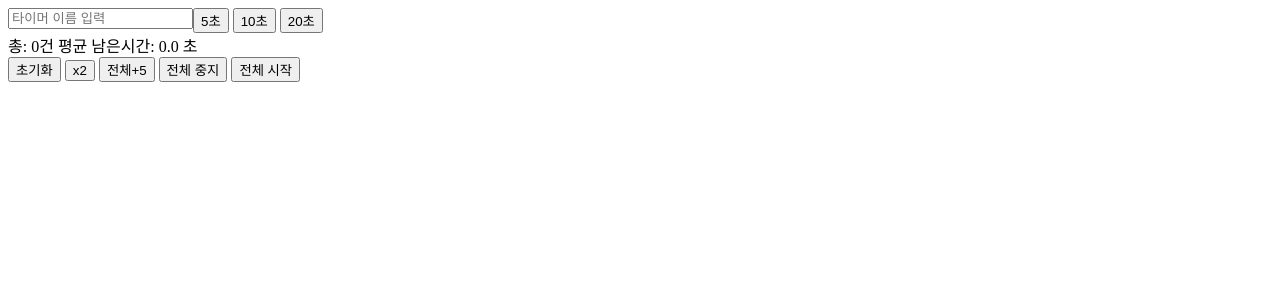
Repository: IT-magician/JS-Practice-Mission2
Page: index.html
The author's editor kept a copy of each file at every save. The page is drawn from the files as they stood at one save, then again after the next save.
The browser window is 1280 px wide. The pictures show the whole page.

Above is the page before, as saved 2023-11-15 21:55:50.

### index.html
<!DOCTYPE html>
<html lang="en">
  <head>
    <meta charset="UTF-8" />
    <meta name="viewport" content="width=device-width, initial-scale=1.0" />
    <title>Document</title>

    <style>
      .input {
        display: flex;
      }

      .display .item {
        display: flex;
        justify-content: space-evenly;
      }
    </style>
  </head>
  <body>
    <div class="pung-game">
      <div class="input">
        <div class="name">
          <input type="text" name="" id="" placeholder="타이머 이름 입력" />
        </div>
        <div class="btns">
          <input type="button" value="5초" />
          <input type="button" value="10초" />
          <input type="button" value="20초" />
        </div>
      </div>
      <div class="summary">총: 0건 평균 남은시간: 0.0 초</div>
      <div class="control">
        <input type="button" value="초기화" />
        <input type="button" value="x2" />
        <input type="button" value="전체+5" />
        <input type="button" value="전체 중지" />
        <input type="button" value="전체 시작" />
      </div>
      <ul class="display">
        <li class="item" --data-uuid="-1">
          <div class="name"></div>
          <div class="left-time"></div>
          <div class="sub-control">
            <input type="button" value="+5초" />
            <input type="button" value="중지" />
            <input type="button" value="삭제" />
          </div>
        </li>
      </ul>
    </div>

    <script type="module" src="./js/main.js"></script>
  </body>
</html>

### js/main.js
import { TimerManager } from "./TimerManager.js";

const displayElement = document.querySelector(".display");
const summaryElement = document.querySelector(".summary");

let displayDomData = [];
let averageTime = 0;

function viewRender(timerInfoList) {
  let displayData = "";

  summaryElement.innerHTML = `총: ${
    timerInfoList.length
  }건 평균 남은시간: ${timerManager.GetAverage().toFixed(1)} 초`;
  // return;

  for (let i = 0; i < timerInfoList.length; i++) {
    const timerInfo = timerInfoList[i];

    const item = `
    <li class="item" --data-uuid="${timerInfo.uuid}">
        <div class="name">${timerInfo.name}</div>
        <div class="left-time">${Math.round(timerInfo.value / 1000)}초</div>
        <div class="sub-control">
            <input type="button" value="+5초" />
            <input type="button" value="중지" />
            <input type="button" value="삭제" />
        </div>
    </li>
    `.trim();
    if (displayElement.children.length > 0 && averageTime == 0) {
      averageTime++;
      console.log(
        displayElement.children[0],
        displayElement.children[0].outerHTML,
        displayElement.children[0].outerHTML == item
      );
    }
    // if (i <= displayData.length) {
    //   // replace
    // } else {
    //   // append
    // }
  }

  // while (displayElement.children().length > timerInfoList.length) {
  //   displayElement
  //     .children()
  //     .eq(displayElement.children().length - 1)
  //     .remove();
  // }

  if (timerInfoList.length > 0) {
    for (let timerInfo of timerInfoList) {
      displayData += `
      <li class="item" --data-uuid="${timerInfo.uuid}">
          <div class="name">${timerInfo.name}</div>
          <div class="left-time">${Math.round(timerInfo.value / 1000)}초</div>
          <div class="sub-control">
              <input type="button" value="+5초" />
              <input type="button" value="중지" />
              <input type="button" value="삭제" />
          </div>
      </li>
      `;
    }
  }

  displayElement.innerHTML = displayData;
  // console.log(timerInfoList);
}

let timerManager = new TimerManager(viewRender);

// TC for API
// timerManager.multiplerIncreaseAll();
// timerManager.multiplerIncrease(1);
// timerManager.IncreaseAll();
// timerManager.Increase(1);
// timerManager.Clear();
// timerManager.Cancel(1);

const inputGroup = document.querySelector(".input");

document.querySelector(".btns").addEventListener("click", (e) => {
  if (!e.target.value) return;

  const timerName =
    e.target.parentNode.parentNode.querySelector(".name input").value;
  const value = e.target.value.replace(/[^0-9]/g, "");

  if (!timerName) return;

  // console.log("초기 시간 : ", value);
  timerManager.Create(timerName, +value * 1000);
});

document.querySelector(".control").addEventListener("click", (e) => {
  const command = e.target.value;

  switch (command) {
    case "초기화":
      timerManager.Clear();
      break;
    case "x2":
      timerManager.multiplerIncreaseAll();
      break;
    case "전체+5":
      timerManager.IncreaseAll();
      break;
    case "전체 중지":
      timerManager.StopAll();
      // StopAll();
      break;
    case "전체 시작":
      timerManager.StartAll();
      // StartAll();
      break;
  }
});

console.log(displayElement);
displayElement.addEventListener("click", (e) => {
  console.log(e.target);
  if (e.target.nodeName !== "INPUT") return;
  const command = e.target.value;
  const uuid = +e.target.parentNode.parentNode
    .getAttribute("--data-uuid")
    .replace(/[^0-9]/g, "");

  console.log("개별 명령 : ", command);

  switch (command) {
    case "+5초":
      timerManager.Increase(uuid);
      console.log("+5");
      break;
    case "중지":
      timerManager.Stop(uuid);
      break;
    case "삭제":
      timerManager.Cancel(uuid);
      break;
  }
});

### js/TimerManager.js
class TimerManager {
  #pungs = [];

  #checkInterval = 500; // 500ms

  #isAllStop = false;

  #uuid = 1;

  #cmp;

  #totalSum = 0;

  #ViewRenderChecker = setInterval(() => {
    this.#viewRender(this.#pungs);
  }, 250);

  #viewRender;

  constructor(viewRender, cmp = (lhs, rhs) => rhs.value - lhs.value) {
    this.#viewRender = viewRender;
    this.#cmp = cmp;
  }

  #GenerateUUID() {
    return this.#uuid++;
  }

  // 버블 정렬(with stable sort) 응용
  Sort(uuid) {
    let targetIdx = this.#pungs.findIndex((item) => item.uuid === uuid);

    if (targetIdx === -1) return;

    let swapIdx = -1;

    for (let i = targetIdx + 1; i < this.#pungs.length; i++)
      if (this.#cmp(this.#pungs[targetIdx], this.#pungs[i]) > 0) swapIdx = i;

    for (let i = targetIdx - 1; i >= 0; i--)
      if (this.#cmp(this.#pungs[targetIdx], this.#pungs[i]) < 0) swapIdx = i;

    if (swapIdx === -1) return;

    [this.#pungs[targetIdx], this.#pungs[swapIdx]] = [
      this.#pungs[swapIdx],
      this.#pungs[targetIdx],
    ];
  }

  TimerInfoClass = class {
    name;
    uuid;
    value;
    timer = null;
    isStop = false;

    /**
     *
     * @param {string|number} name
     * @param {number} value : 삭제되기까지 남은 시간
     * @param {string|number} uuid
     */
    constructor(name, value, uuid) {
      this.name = name;
      this.value = value;
      this.uuid = uuid;
    }

    /**
     * Array.find(condition)?.executeMethod() 연산자를 사용하고 싶어서 만든 메서드들
     */
    Multipler = (value = 2) => (this.value *= value);
    Add = (value = 5 * 1000) => (this.value += value);
    Start = () => (this.isStop = false);
    Stop = () => (this.isStop = true);
    ClearCountDownTimer = () => {
      if (this.timer === false) return;
      clearInterval(this.timer);
      this.timer = null;

      return this;
    };

    /**
     * Array.find(condition)?.executeMethod() 연산자를 사용하고 싶어서 만든 메서드들 + 이후 작업 처리용
     *
     * 원본:
     * execute = (func) => {
     *   return (...args) => {
     *     func(...args);
     *   };
     * };
     *
     * 외부에서 사용 예시:
     * timeInfo = new TimerInfoClass(...)
     * timeInfo.execute((a,b) => console.log(a+b))(1,2)
     */
    execute = (func) => {
      func(this);
      return this;

      // vs(위와 아래중에 머가 의도한거니.. 뭘 의도하고 싶었던거니..?)
      // return (...args) => func(...args);
    };
  };

  #getDiff(past, current) {
    return Math.abs(past - current);
  }

  #append(name, value) {
    let uuid = this.#GenerateUUID();
    let timerInfo = new this.TimerInfoClass(name, value, uuid);

    this.#pungs.push(timerInfo);
    this.Sort(uuid);
    this.#totalSum += value;

    return timerInfo;
  }

  /// ________________________________________________________________________
  //                            외부 호출 메소드 API
  /// ________________________________________________________________________

  GetAverage() {
    if (this.#pungs.length == 0) return 0;

    return this.#totalSum / 1000 / this.#pungs.length;
  }

  Create(name, value) {
    let timerInfo = this.#append(name, value);
    const uuid = timerInfo.uuid;

    new Promise((resolve, reject) => {
      // 시간 카운트 다운 설정
      timerInfo.timer = setInterval(() => {
        if (this.#isAllStop || timerInfo.isStop) return;

        const past = timerInfo.value;
        timerInfo.value = Math.max(0, timerInfo.value - this.#checkInterval);

        this.#totalSum -= this.#getDiff(past, timerInfo.value); // down value

        if (timerInfo.value === 0) {
          timerInfo.ClearCountDownTimer();

          resolve();
        }
      }, this.#checkInterval);
    }).then((resolve, reject) => {
      // 종료 작업
      this.Cancel(uuid);
    });
  }

  Clear() {
    for (let i = this.#pungs.length - 1; i >= 0; i--)
      this.Cancel(this.#pungs[i].uuid);

    this.#pungs = [];
  }

  multiplerIncreaseAll(value = 2) {
    const previousAllStopStatus = this.#isAllStop;
    this.StopAll();

    this.#pungs?.forEach((item) => {
      const past = item.value;
      item.Multipler(value);
      this.#totalSum += this.#getDiff(past, item.value);
    });

    // this.#pungs.sort(this.#cmp);

    if (previousAllStopStatus === false) this.StartAll();
  }

  multiplerIncrease(uuid, value = 2) {
    this.#pungs
      .find((item) => item.uuid === uuid)
      ?.execute((instance) => {
        const past = instance.value;
        instance.Multipler(value);
        this.#totalSum += this.#getDiff(past, instance.value);
        this.Sort(uuid);
      });
  }

  StopAll() {
    this.#isAllStop = true;
  }

  Stop(uuid) {
    this.#pungs.find((item) => item.uuid === uuid)?.Stop();
  }

  StartAll() {
    this.#isAllStop = false;
  }
  Start(uuid) {
    this.#pungs.find((item) => item.uuid === uuid)?.Start();
  }

  IncreaseAll(value = 5 * 1000) {
    const previousAllStopStatus = this.#isAllStop;
    this.StopAll();

    this.#pungs?.forEach((item) => {
      const past = item.value;
      item.Add();
      this.#totalSum += this.#getDiff(past, item.value);
    });

    if (previousAllStopStatus === false) this.StartAll();
  }

  Increase(uuid, value = 5 * 1000) {
    this.#pungs
      .find((item) => item.uuid === uuid)
      ?.execute((instance) => {
        const past = instance.value;
        instance.Add(value);
        this.#totalSum += this.#getDiff(past, instance.value);
        this.Sort(uuid);
      });
  }

  Cancel(uuid) {
    this.#pungs
      .find((item) => item.uuid === uuid)
      ?.ClearCountDownTimer()
      .execute((instance) => {
        this.#totalSum -= instance.value;
        this.#pungs.splice(
          this.#pungs.findIndex((item) => item.uuid === uuid),
          1
        );

        // ==>  instance는 배열에만 존재하게 설계했음.
        //////  그러므로 이후에 해당 item은 GC가 처리함.
      });
    // .execute(() => alert("헬로"));
  }
}

export { TimerManager };

After the next save:
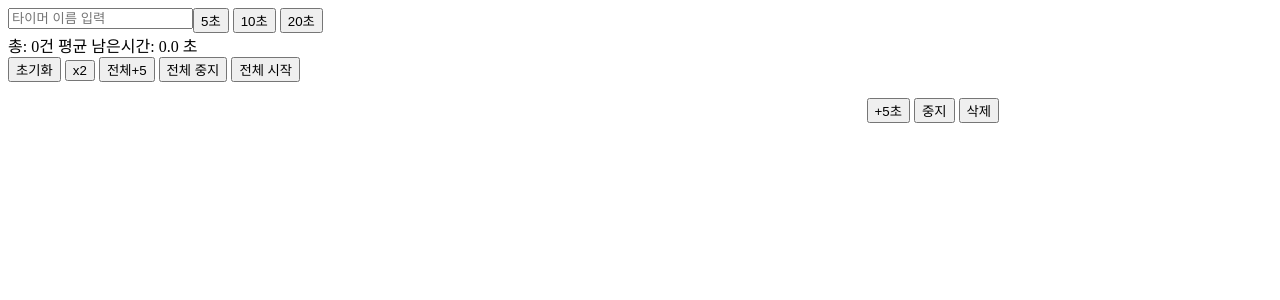
Console error: SyntaxError: Unexpected end of input
Saved 23 s later.
--- a/js/main.js
+++ b/js/main.js
@@ -17,39 +17,6 @@
   for (let i = 0; i < timerInfoList.length; i++) {
     const timerInfo = timerInfoList[i];
 
-    const item = `
-    <li class="item" --data-uuid="${timerInfo.uuid}">
-        <div class="name">${timerInfo.name}</div>
-        <div class="left-time">${Math.round(timerInfo.value / 1000)}초</div>
-        <div class="sub-control">
-            <input type="button" value="+5초" />
-            <input type="button" value="중지" />
-            <input type="button" value="삭제" />
-        </div>
-    </li>
-    `.trim();
-    if (displayElement.children.length > 0 && averageTime == 0) {
-      averageTime++;
-      console.log(
-        displayElement.children[0],
-        displayElement.children[0].outerHTML,
-        displayElement.children[0].outerHTML == item
-      );
-    }
-    // if (i <= displayData.length) {
-    //   // replace
-    // } else {
-    //   // append
-    // }
-  }
-
-  // while (displayElement.children().length > timerInfoList.length) {
-  //   displayElement
-  //     .children()
-  //     .eq(displayElement.children().length - 1)
-  //     .remove();
-  // }
-
   if (timerInfoList.length > 0) {
     for (let timerInfo of timerInfoList) {
       displayData += `
@@ -62,7 +29,7 @@
               <input type="button" value="삭제" />
           </div>
       </li>
-      `;
+      `.trim();
     }
   }
 

After the 6 saves that followed:
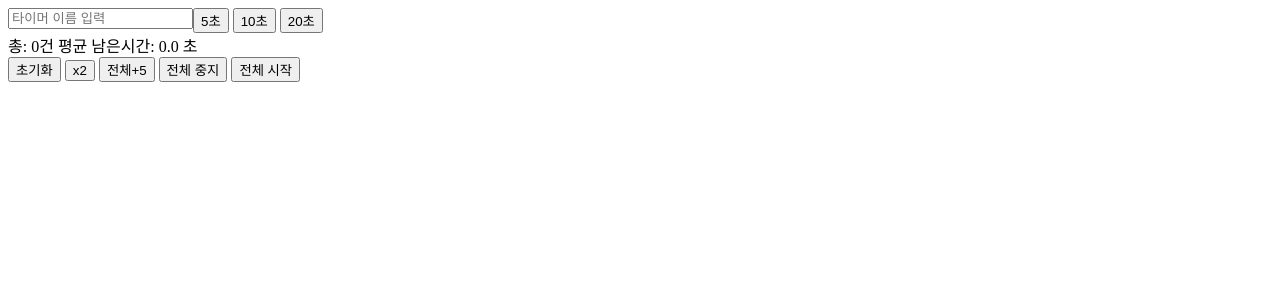
The error is gone.
The 6 saves are shown as one change because 5 left the picture as it was.
The last was saved 92 s later.
--- a/index.html
+++ b/index.html
@@ -37,7 +37,7 @@
         <input type="button" value="전체 시작" />
       </div>
       <ul class="display">
-        <li class="item" --data-uuid="-1">
+        <!-- <li class="item" --data-uuid="-1">
           <div class="name"></div>
           <div class="left-time"></div>
           <div class="sub-control">
@@ -45,7 +45,7 @@
             <input type="button" value="중지" />
             <input type="button" value="삭제" />
           </div>
-        </li>
+        </li> -->
       </ul>
     </div>
 
--- a/js/main.js
+++ b/js/main.js
@@ -17,9 +17,9 @@
   for (let i = 0; i < timerInfoList.length; i++) {
     const timerInfo = timerInfoList[i];
 
-  if (timerInfoList.length > 0) {
-    for (let timerInfo of timerInfoList) {
-      displayData += `
+    if (timerInfoList.length > 0) {
+      for (let timerInfo of timerInfoList) {
+        displayData += `
       <li class="item" --data-uuid="${timerInfo.uuid}">
           <div class="name">${timerInfo.name}</div>
           <div class="left-time">${Math.round(timerInfo.value / 1000)}초</div>
@@ -30,11 +30,11 @@
           </div>
       </li>
       `.trim();
+      }
+
+      displayElement.innerHTML = displayData;
     }
   }
-
-  displayElement.innerHTML = displayData;
-  // console.log(timerInfoList);
 }
 
 let timerManager = new TimerManager(viewRender);
@@ -58,7 +58,6 @@
 
   if (!timerName) return;
 
-  // console.log("초기 시간 : ", value);
   timerManager.Create(timerName, +value * 1000);
 });
 
@@ -86,21 +85,16 @@
   }
 });
 
-console.log(displayElement);
 displayElement.addEventListener("click", (e) => {
-  console.log(e.target);
   if (e.target.nodeName !== "INPUT") return;
   const command = e.target.value;
   const uuid = +e.target.parentNode.parentNode
     .getAttribute("--data-uuid")
     .replace(/[^0-9]/g, "");
 
-  console.log("개별 명령 : ", command);
-
   switch (command) {
     case "+5초":
       timerManager.Increase(uuid);
-      console.log("+5");
       break;
     case "중지":
       timerManager.Stop(uuid);
